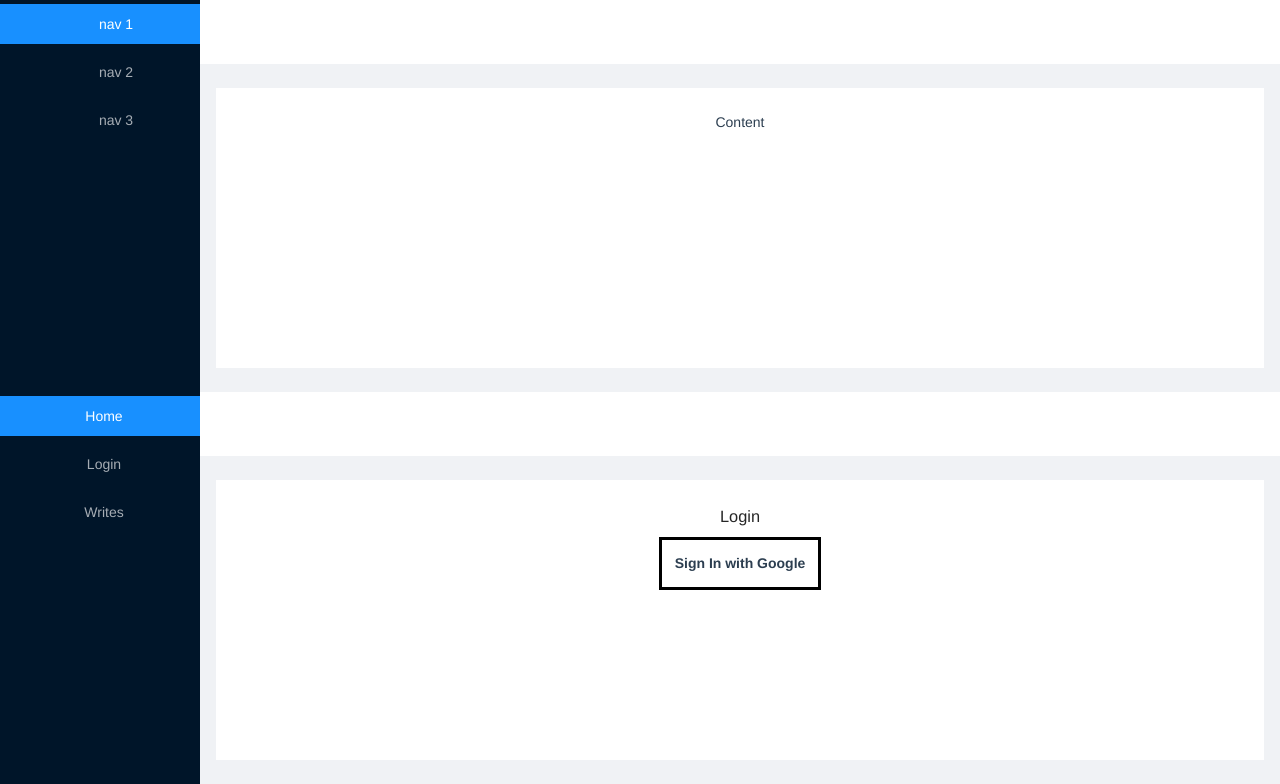
Repository: writesapp/mod
Page: /login
An editor plug-in stored every save of this project. The page is shown before and after a run of saves, followed by the edit.
The browser window is 1280 px wide. The pictures show the whole page.
The project was rebuilt for these pictures with package versions that can differ from the ones it lists, and the page was loaded fresh each time. Also part of the build but not shown: src/views/Home.vue, src/views/Writes.vue.

Above is the page before, as saved 2020-07-09 13:49:04.

### src/main.js
import Antd from 'ant-design-vue';
import Vue from 'vue';
import App from './App.vue';
import './registerServiceWorker';
import router from './router';
import store from './store';
import 'ant-design-vue/dist/antd.css';

Vue.config.productionTip = false;
Vue.use(Antd);

new Vue({
  router,
  store,
  render: (h) => h(App),
}).$mount('#app');

### src/App.vue
<template>
  <div id="app">
    <a-layout id="components-layout-demo-custom-trigger">
    <a-layout-sider v-model="collapsed" :trigger="null" collapsible>
      <div class="logo" />
      <a-menu theme="dark" mode="inline" :default-selected-keys="['1']">
        <a-menu-item key="1">
          <a-icon type="user" />
          <span>nav 1</span>
        </a-menu-item>
        <a-menu-item key="2">
          <a-icon type="video-camera" />
          <span>nav 2</span>
        </a-menu-item>
        <a-menu-item key="3">
          <a-icon type="upload" />
          <span>nav 3</span>
        </a-menu-item>
      </a-menu>
    </a-layout-sider>
    <a-layout>
      <a-layout-header style="background: #fff; padding: 0">
        <a-icon
          class="trigger"
          :type="collapsed ? 'menu-unfold' : 'menu-fold'"
          @click="() => (collapsed = !collapsed)"
        />
      </a-layout-header>
      <a-layout-content
        :style="{ margin: '24px 16px', padding: '24px', background: '#fff', minHeight: '280px' }"
      >
        Content
      </a-layout-content>
    </a-layout>
  </a-layout>
    <router-view/>
  </div>
</template>

<script>
import { auth } from '@/initFirebase';
import store from '@/store';

export default {
  name: "App",
  mounted() {
    auth.onAuthStateChanged((user) => store.dispatch("fetchUser", user));
  },
};
</script>

<style lang="scss">
#app {
  font-family: Avenir, Helvetica, Arial, sans-serif;
  -webkit-font-smoothing: antialiased;
  -moz-osx-font-smoothing: grayscale;
  text-align: center;
  color: #2c3e50;
}
</style>

### src/router/index.js
import Vue from 'vue';
import VueRouter from 'vue-router';
import Home from '../views/Home.vue';
import Login from '../views/Login.vue';
import Writes from '../views/Writes.vue';

Vue.use(VueRouter);

const routes = [
  {
    path: '/',
    name: 'Home',
    component: Home,
  },
  {
    path: '/login',
    name: 'Login',
    // route level code-splitting
    // this generates a separate chunk (about.[hash].js) for this route
    // which is lazy-loaded when the route is visited.
    component: Login,
  },
  {
    path: '/writes',
    name: 'Writes',
    component: Writes,
  },
];

const router = new VueRouter({
  mode: 'history',
  base: process.env.BASE_URL,
  routes,
});

export default router;

### src/store/index.js
import Vue from 'vue';
import Vuex from 'vuex';

Vue.use(Vuex);

export default new Vuex.Store({
  state: {
    user: {
      loggedIn: false,
      data: null,
    },
  },
  mutations: {
    setLoggedState(state, value) {
      state.user.loggedIn = value;
    },
    setUser(state, data) {
      state.user.data = data;
    },
  },
  actions: {
    fetchUser({ commit }, user) {
      commit("setLoggedState", user !== null);
      if (user) {
        commit("setUser", {
          displayName: user.displayName,
          email: user.email,
        });
      } else {
        commit("setUser", null);
      }
    },
  },
});

### src/initFirebase.js
import firebase from 'firebase';

const configOptions = {
  apiKey: "AIzaSyBe23vGrWbbtK6cWQflEewoDvTBtKWQEBM",
  authDomain: "test-project-116cf.firebaseapp.com",
  databaseURL: "https://test-project-116cf.firebaseio.com",
  projectId: "test-project-116cf",
  storageBucket: "test-project-116cf.appspot.com",
  messagingSenderId: "507446435196",
  appId: "1:507446435196:web:8a13dc8c60ddcf65e058f9",
  measurementId: "G-H01LY21GK7",
};

firebase.initializeApp(configOptions);

export const auth = firebase.auth();
export const googleProvider = new firebase.auth.GoogleAuthProvider();

### src/views/Login.vue
<template>
  <div class="home">
    <a-layout id="components-layout-demo-custom-trigger">
    <a-layout-sider v-model="collapsed" :trigger="null" collapsible>
      <div class="logo" />
      <a-menu theme="dark" mode="inline" :default-selected-keys="['1']">
        <a-menu-item key="1">
          <router-link to="/">Home</router-link>
        </a-menu-item>
        <a-menu-item key="2">
          <router-link to="/login">Login</router-link>
        </a-menu-item>
        <a-menu-item key="3">
          <router-link to="/writes">Writes</router-link>
        </a-menu-item>
      </a-menu>
    </a-layout-sider>
    <a-layout>
      <a-layout-header style="background: #fff; padding: 0">
        <a-icon
          class="trigger"
          :type="collapsed ? 'menu-unfold' : 'menu-fold'"
          @click="() => (collapsed = !collapsed)"
        />
      </a-layout-header>
      <a-layout-content
        :style="{ margin: '24px 16px', padding: '24px', background: '#fff', minHeight: '280px' }"
      >
        <div class="login">
          <h1>Login</h1>
          <SigninButton @click.native="login()"></SigninButton>
        </div>
      </a-layout-content>
    </a-layout>
  </a-layout>
  </div>
</template>

<script>
import { auth, googleProvider } from '@/initFirebase';
import SigninButton from '@/components/SigninButton.vue';
import store from '@/store';

export default {
  name: 'Login',
  components: {
    SigninButton,
  },
  mounted() {
    if (this.$store.state.user.loggedIn) this.$router.push('/');
  },
  methods: {
    login() {
      auth.signInWithPopup(googleProvider)
        .then((result) => {
          store.dispatch("fetchUser", result.user);
          this.$router.push('/');
        })
        .catch((err) => alert(`Something went wrong: ${err.message}`));
    },
  },
};
</script>

### src/components/SigninButton.vue
<template>
  <button>Sign In with Google</button>
</template>

<script>
export default {
  name: 'SigninButton',
};
</script>

<style lang="scss" scoped>
  button {
    border: 3px solid black;
    background: none;
    position: relative;
    padding: 13px;
    font-weight: bold;
    font-size: 1em;

    transition: color .3s ease-out;

    &::after {
      content: '';
      top: 0;
      left: 0;
      z-index: -1;
      position: absolute;
      width: 100%;
      height: 100%;
      background-color:darkorchid;

      transform: scaleX(0);
      transition: transform .3s ease-out;
    }

    &:hover {
      color: white;
      cursor: pointer;
    }

    &:hover::after {
      transform: scaleX(1);
    }
  }
</style>

Loaded but not shown: public/index.html (common file); src/registerServiceWorker.js (common file)

After the next 3 saves:
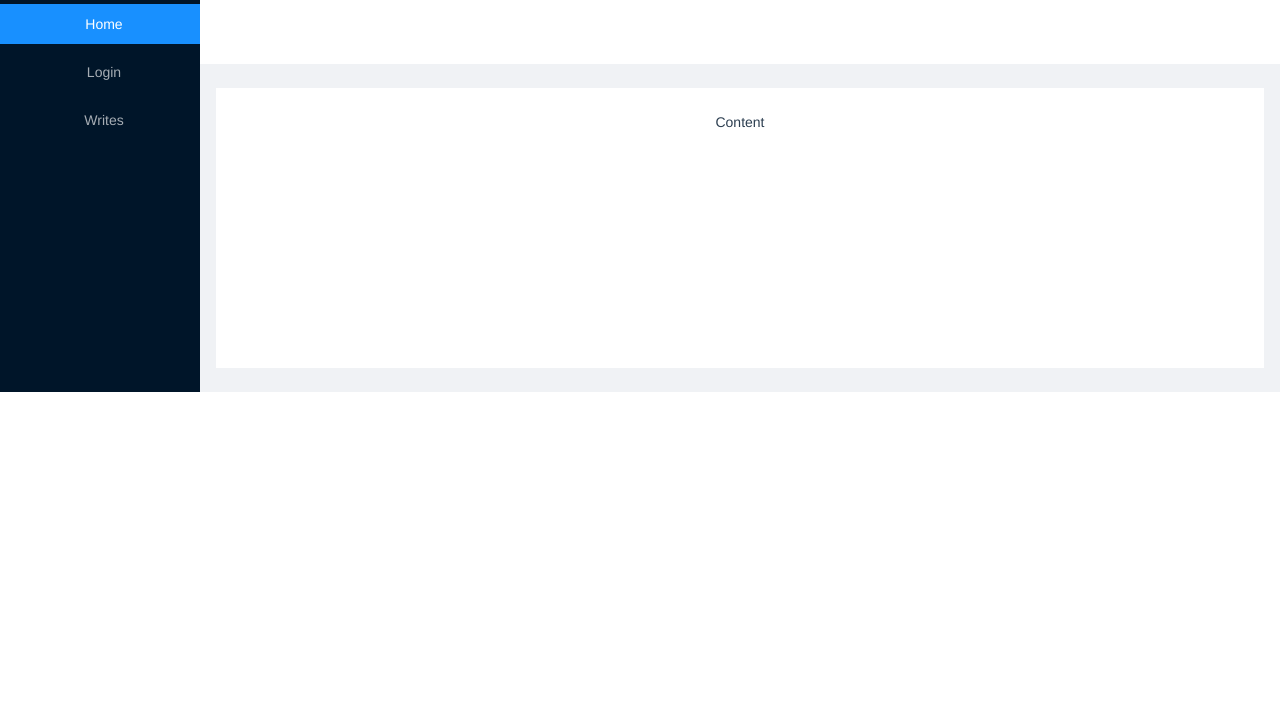
The 3 saves are shown as one change because 2 did not build or start.
The last was saved 2 min 32 s later.
--- a/src/App.vue
+++ b/src/App.vue
@@ -5,16 +5,13 @@
       <div class="logo" />
       <a-menu theme="dark" mode="inline" :default-selected-keys="['1']">
         <a-menu-item key="1">
-          <a-icon type="user" />
-          <span>nav 1</span>
+          <router-link to="/">Home</router-link>
         </a-menu-item>
         <a-menu-item key="2">
-          <a-icon type="video-camera" />
-          <span>nav 2</span>
+          <router-link to="/login">Login</router-link>
         </a-menu-item>
         <a-menu-item key="3">
-          <a-icon type="upload" />
-          <span>nav 3</span>
+          <router-link to="/writes">Writes</router-link>
         </a-menu-item>
       </a-menu>
     </a-layout-sider>
@@ -33,7 +30,6 @@
       </a-layout-content>
     </a-layout>
   </a-layout>
-    <router-view/>
   </div>
 </template>
 
--- a/src/views/Login.vue
+++ b/src/views/Login.vue
@@ -1,39 +1,5 @@
 <template>
-  <div class="home">
-    <a-layout id="components-layout-demo-custom-trigger">
-    <a-layout-sider v-model="collapsed" :trigger="null" collapsible>
-      <div class="logo" />
-      <a-menu theme="dark" mode="inline" :default-selected-keys="['1']">
-        <a-menu-item key="1">
-          <router-link to="/">Home</router-link>
-        </a-menu-item>
-        <a-menu-item key="2">
-          <router-link to="/login">Login</router-link>
-        </a-menu-item>
-        <a-menu-item key="3">
-          <router-link to="/writes">Writes</router-link>
-        </a-menu-item>
-      </a-menu>
-    </a-layout-sider>
-    <a-layout>
-      <a-layout-header style="background: #fff; padding: 0">
-        <a-icon
-          class="trigger"
-          :type="collapsed ? 'menu-unfold' : 'menu-fold'"
-          @click="() => (collapsed = !collapsed)"
-        />
-      </a-layout-header>
-      <a-layout-content
-        :style="{ margin: '24px 16px', padding: '24px', background: '#fff', minHeight: '280px' }"
-      >
-        <div class="login">
-          <h1>Login</h1>
-          <SigninButton @click.native="login()"></SigninButton>
-        </div>
-      </a-layout-content>
-    </a-layout>
-  </a-layout>
-  </div>
+  <div class="home"></div>
 </template>
 
 <script>
